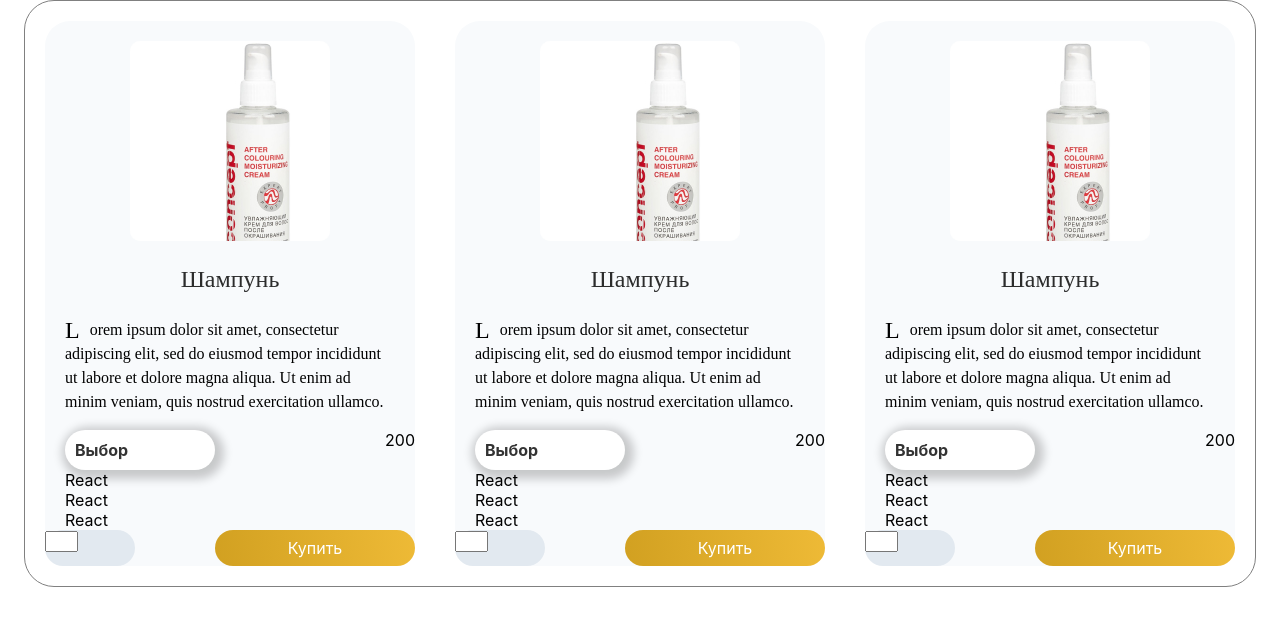
Repository: MiroslavWise/shamptu
Page: /
These files come from the project's save history. The page is drawn as it stood at one moment and after the next save; the edit follows.
The browser window is 1280 px wide. The pictures show the whole page.
The project was rebuilt for these pictures with package versions that can differ from the ones it lists, and the page was loaded fresh each time. Also part of the build but not shown: src/App.css.

Above is the page before, as saved 2022-02-17 14:37:57.

### public/index.html
<!DOCTYPE html>
<html lang="en">
  <head>
    <meta charset="utf-8" />
    <meta name="viewport" content="width=device-width, initial-scale=1" />
    <meta name="theme-color" content="#000000" />
    <meta
      name="description"
      content="Web site created using create-react-app"
    />
    <link rel="manifest" href="%PUBLIC_URL%/manifest.json" />

    <title>React App</title>
  </head>
  <body>
    <noscript>You need to enable JavaScript to run this app.</noscript>
    <div id="root"></div>
  </body>
</html>

### src/index.css
body {
  margin: 0;
  font-family: -apple-system, BlinkMacSystemFont, 'Segoe UI', 'Roboto', 'Oxygen',
    'Ubuntu', 'Cantarell', 'Fira Sans', 'Droid Sans', 'Helvetica Neue',
    sans-serif;
  -webkit-font-smoothing: antialiased;
  -moz-osx-font-smoothing: grayscale;
  display: flex;
  align-items: center;
  justify-content: center;
}

code {
  font-family: source-code-pro, Menlo, Monaco, Consolas, 'Courier New',
    monospace;
}

### src/App.js

import 'App.css';
import Items from 'components/Items';

function App() {
  return (
   <Items />
  );
}

export default App;

### src/components/Items.jsx
import jpg from 'picture/1.jpg'

import './style.css'
import SpamItem from './items/SpamItem'
const Items = () => {
    return (
        <div className="big__container">
            <SpamItem image={jpg}/>
            <SpamItem image={jpg}/>
            <SpamItem image={jpg}/>
        </div>
    )
}

export default Items

### src/components/style.css
.big__container {
    display: grid;
    grid-template-columns: repeat(3, 1fr);
    background: #FFFFFF;
    border-radius: 30px;
    border: 1px gray solid;
}

### src/components/items/SpamItem.jsx

import { useState } from 'react'
import './style.css'
import DropDown from './DropDown'

const style = {
    background: 'linear-gradient(261.65deg, #EFBB37 -3.95%, #CF9E1F 109.44%)',

}

const ShamItem = ({image}) => {
    const [prise, setPrise] = useState(200)

    return (
        <div className="container">
            <div className='image-line'>
                <div className='image'>
                    <img src={image}/>
                </div>
            </div>
            <p className='text'>Шампунь</p>
            <p className='text_about'>Lorem ipsum dolor sit amet, consectetur adipiscing elit, sed do eiusmod tempor incididunt ut labore et dolore magna aliqua. Ut enim ad minim veniam, quis nostrud exercitation ullamco.</p>
            <div className='block-info'>
                <div className='col-pri'>
                    <DropDown />
                    <div className='prise'>{prise}</div>
                </div>
                <div className='volume'></div>

                <div className='footer'>
                    <div className='quantity'><input type={'number'} min={1}></input></div>
                    <div className='button'><button onClick={()=>alert('Спасибо за покупку!')}>Купить</button></div>
                </div>
            </div>
        </div>

    )
}

export default ShamItem

### src/components/items/style.css
.container{
    width: 370px;
    margin: 20px;
    background: #F8FAFC;
    border-radius: 25px;
}

.image-line {
    width: 200px;
    height: 200px;
    background-color: rgba(255, 255, 255, 0.775);
    margin: 20px auto;
    border-radius: 10px;
    overflow: hidden;
}

.image {
    height: auto;
    width: auto;
    position: relative;
    transition: all .4s ease-in-out;
    object-fit: cover;
}

.image:hover {
    cursor: pointer;
    transform: scale(1.4)
}

.text{
    font-family: 'SF UI Display';
    font-size: 24px;
    font-style: normal;
    font-weight: 500;
    line-height: 29px;
    letter-spacing: 0em;
    text-align: center;
    color: #2C2C2C;
}

.text_about {
    font-family: 'SF UI Display';
    font-size: 16px;
    font-style: normal;
    font-weight: 400;
    line-height: 24px;
    letter-spacing: 0em;
    text-align: left;
    padding: 0 20px 0 20px;
}
.text_about::first-letter{
    font-size: 1.5rem;
    float: left;
    margin-right: 10px;
}

.block-info{
    display: flex;
    flex-direction: column;
}

.col-pri{
    display: flex;
}

input {
    width: 25px;

}

.quantity{
    background: #E2E9F0;
    border-radius: 30px;
    width: 90px;
}

.footer{
    display: flex;
    flex-direction: row;
    justify-content: space-between;
}

.col-pri{
    display: flex;
    flex-direction: row;
    justify-content: space-between;
}
.col-pri:first-child{
    margin-left: 20px;
}
.col-pri:last-child{
    margin-right: 50px;
}

input::-webkit-outer-spin-button,
input::-webkit-inner-spin-button {
    -webkit-appearance: none;
}

button {
    z-index: 1;
    position: relative;
    font-size: inherit;
    font-family: inherit;
    color: white;
    padding: 0.5em 1em;
    outline: none;
    border: none;
    background: linear-gradient(261.65deg, #EFBB37 -3.95%, #CF9E1F 109.44%);
    overflow: hidden;
    transition: color 0.4s ease-in-out;
    width: 200px;
    border-radius: 100px;
  }

  button::before {
    content: '';
    z-index: -1;
    position: absolute;
    top: 50%;
    left: 50%;
    width: 1em;
    height: 1em;
    border-radius: 50%;
    background-color: #ffe23c;
    transform-origin: center;
    transform: translate3d(-50%, -50%, 0) scale3d(0, 0, 0);
    transition: transform 0.45s ease-in-out;
  }

  button:hover {
    cursor: pointer;
    color: #161616;
  }

  button:hover::before {
    transform: translate3d(-50%, -50%, 0) scale3d(15, 15, 15);
  }

.dropdown{
    width: 150px;
    margin: 0 0;
    position: relative;

}

.dropdown-btn{
    padding: 10px;
    background: #fff;
    box-shadow: 3px 3px 10px 6px rgba(0, 0, 0, 0.2);
    border-radius: 50px;
    font-weight: bold;
    color: #333;
    display: flex;
    align-items: center;
    justify-content: space-between;
}

.dropdown-content{
    position: relative;

}

### src/components/items/DropDown.jsx
import './style.css'

const DropDown = () => {
    return (
        <div className="dropdown">
            <div className="dropdown-btn">Выбор</div>
            <din className='dropdown-content'>
                <div className="dropdown-item">
                    React
                </div>
                <div className="dropdown-item">
                    React
                </div>
                <div className="dropdown-item">
                    React
                </div>
            </din>
        </div>
    )
}

export default DropDown

Loaded but not shown: src/index.js (common file); src/reportWebVitals.js (common file)

After the next save:
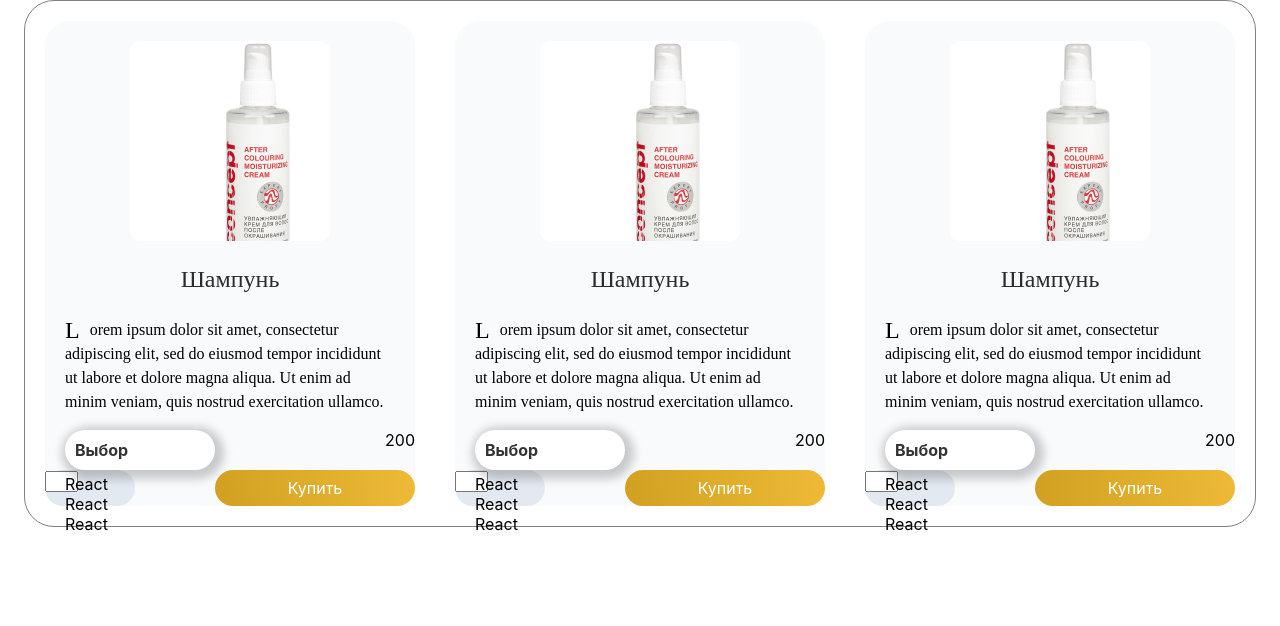
Saved 19 s later.
--- a/src/components/items/style.css
+++ b/src/components/items/style.css
@@ -157,6 +157,7 @@
 }
 
 .dropdown-content{
-    position: relative;
+    position: absolute;
+    top: 110%;
 
 }
